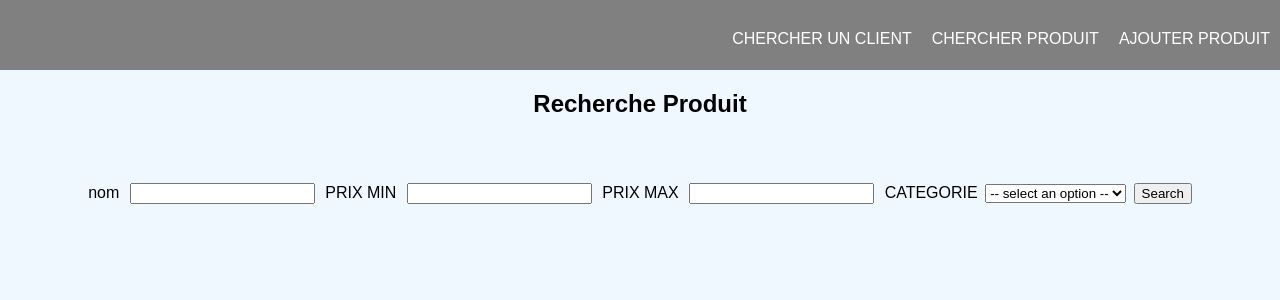
Repository: ahthionkevin/first-ecommerce-website
Page: http://localhost/listProduct.php
An editor plug-in stored every save of this project. The page is shown before and after the next save, followed by the edit.
The browser window is 1280 px wide. The pictures show the whole page.
The page is run by PHP 8.4 with error messages shown; the project is at /var/www/html/. Queries for data that is not in the repository find no rows.

Above is the page before, as saved 2021-06-16 09:26:02.

After the next save:
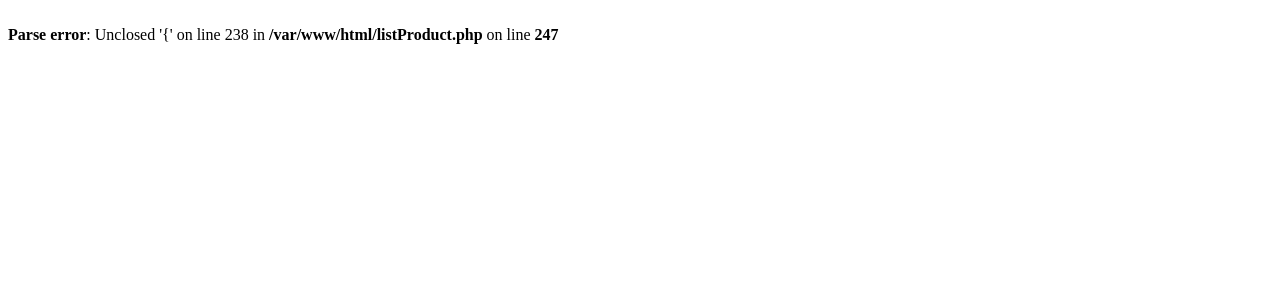
Saved 2 min 11 s later.
--- a/Cote_Serveur/listProduct.php
+++ b/Cote_Serveur/listProduct.php
@@ -236,7 +236,7 @@
 
             while($coord=mysqli_fetch_row($result))
             {
-                echo($coord[0]);
+                echo "<article><h2>$coord[0]</h2>
             }
 
 

After the save that followed:
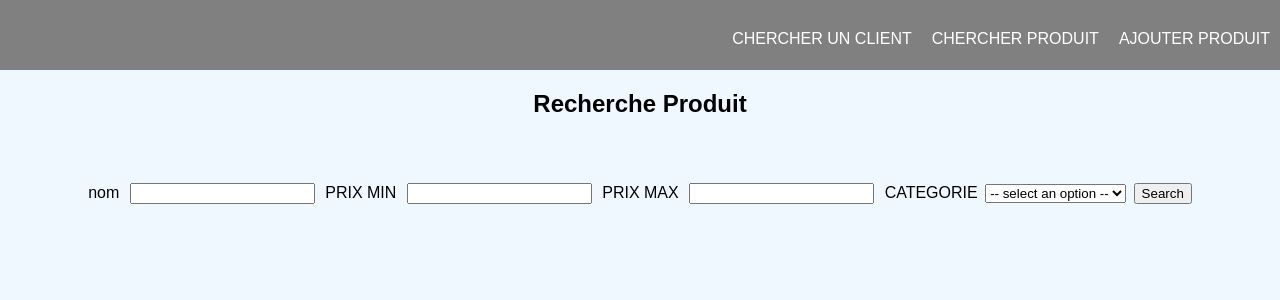
Saved 40 s later.
--- a/Cote_Serveur/listProduct.php
+++ b/Cote_Serveur/listProduct.php
@@ -236,7 +236,9 @@
 
             while($coord=mysqli_fetch_row($result))
             {
-                echo "<article><h2>$coord[0]</h2>
+                echo "<article><h2>$coord[0]</h2>";
+
+                echo "</article>";
             }
 
 
